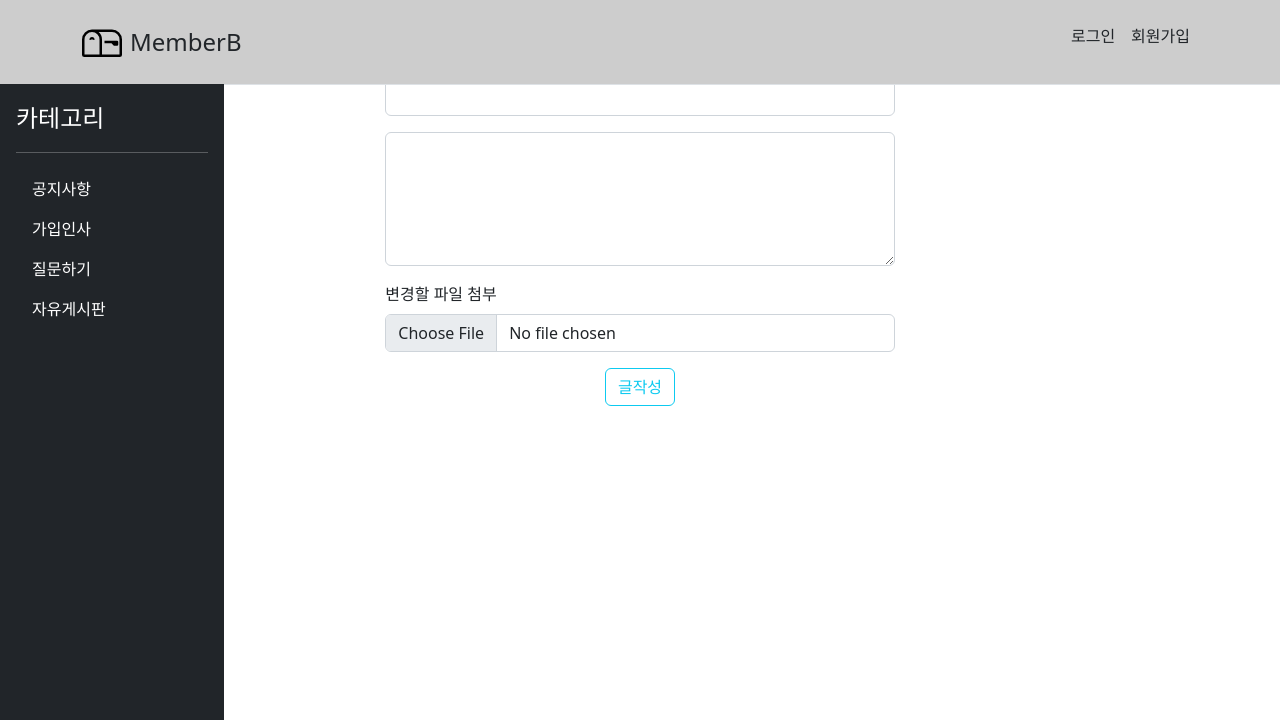
Repository: charmErin/board_220915
Page: http://localhost/board/WEB-INF/views/board/update.jsp
These files come from the project's save history. The page is drawn as it stood at one moment and after a run of saves; the edit follows.
The browser window is 1280 px wide. The pictures show the whole page.
The page is served by Tomcat 9. Nobody is signed in. The template is opened directly, without the code that normally fills it, so the values that code supplies are empty.

Above is the page before, as saved 2022-09-16 01:33:37.

After the next 2 saves:
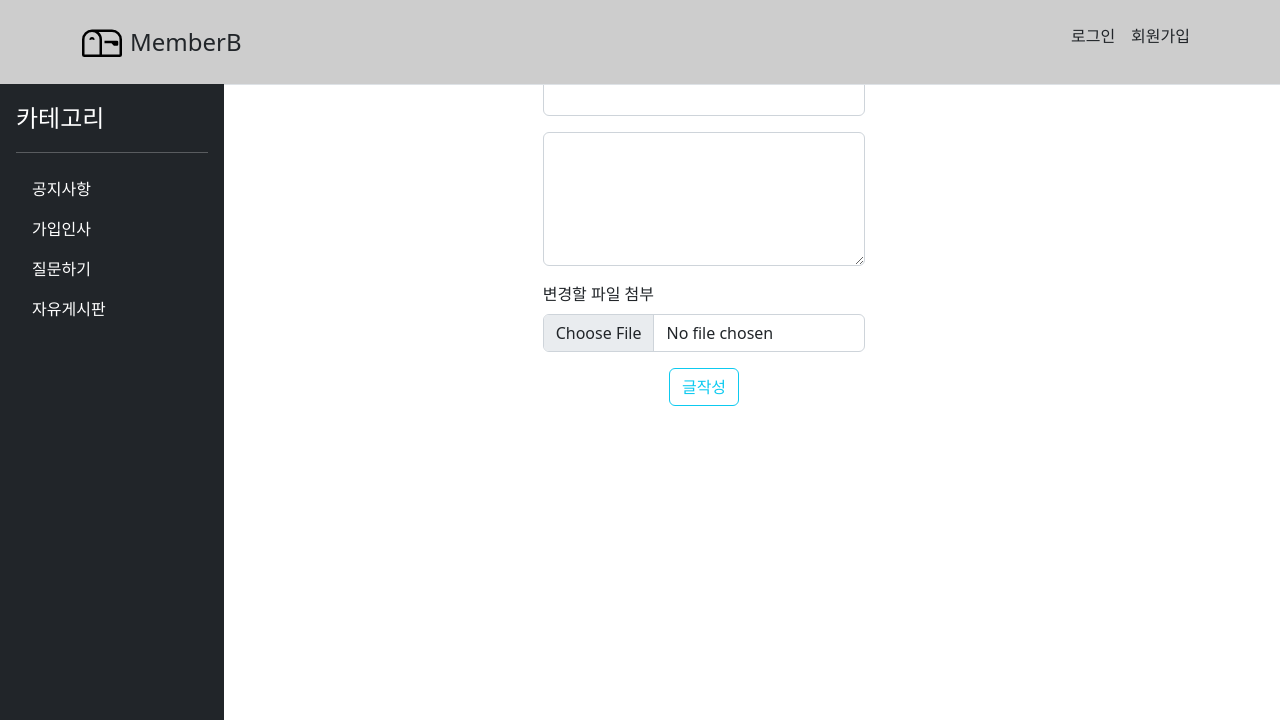
The 2 saves are shown as one change because they came seconds apart.
The last was saved 47 s later.
--- a/board/src/main/webapp/WEB-INF/views/board/update.jsp
+++ b/board/src/main/webapp/WEB-INF/views/board/update.jsp
@@ -16,6 +16,7 @@
 </head>
 <body>
 	<%@include file ="../layout/header.jsp" %>
+	<div class="body-content">
 	<div class="container col-5 my-4">
 		<form action="/board/update" method="post" enctype="multipart/form-data">
 			<select class="form-select mt-3 mb-3" aria-label="Default select example" name="categoryId">
@@ -62,6 +63,7 @@
 			<input class="btn btn-outline-info d-grid mx-auto" type="submit" value="글작성">
 		</form>
 	</div>
+	</div>
 </body>
 <script>
 	const fileDelete = () => {
